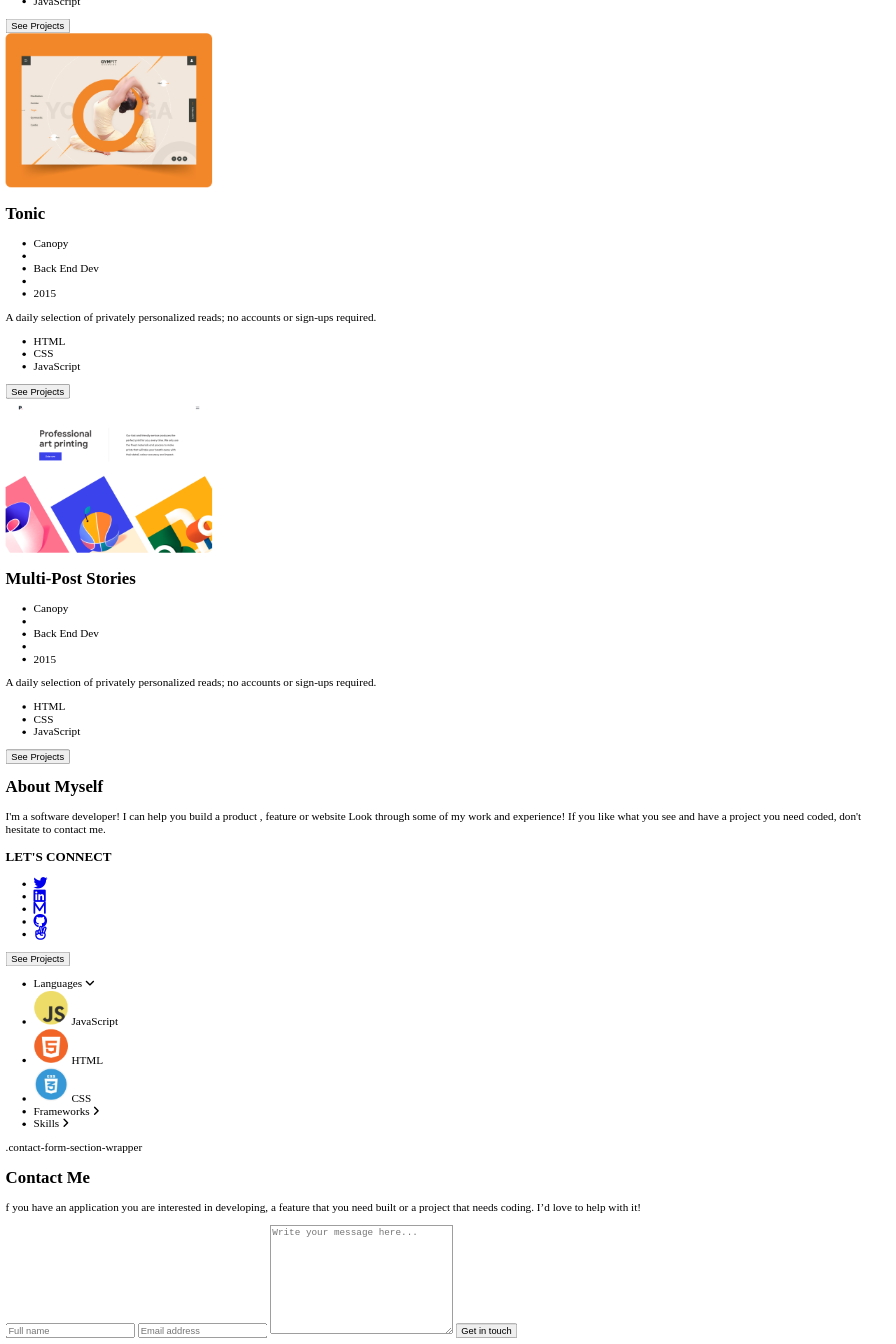
Repository: Paulinelali/microverse-personal-portfolio
Page: index.html
These files come from the project's save history. The page is drawn as it stood at one moment and after a run of saves; the edit follows.
The browser window is 1280 px wide. The pictures show the part of the page from y = 1321 to 3241 px (the page is 3241 px tall), at 70% of full size.
Some web libraries are served in a nearby version.

Above is the page before, as saved 2023-05-02 13:17:25.

After the next 3 saves:
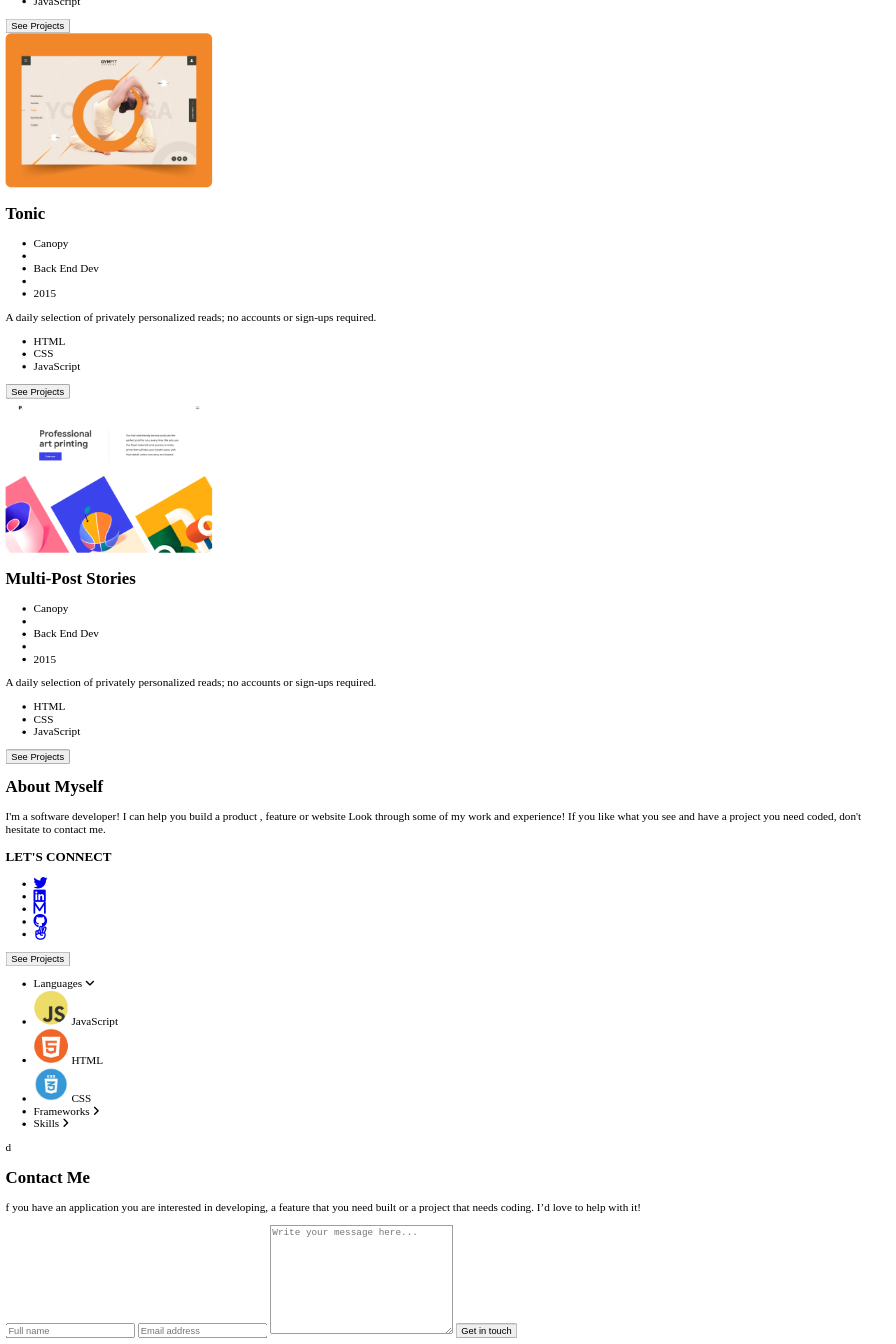
The 3 saves are shown as one change because they came seconds apart.
The last was saved 8 s later.
--- a/index.html
+++ b/index.html
@@ -179,7 +179,7 @@
         </div>
     </section>
     <section class="contact-form">
-        .contact-form-section-wrapper
+        d
         <h2>Contact Me</h2>
         <p>f you have an application you are interested in
          developing, a feature that you need built or a project that needs coding. I’d love to help with it!</p>
